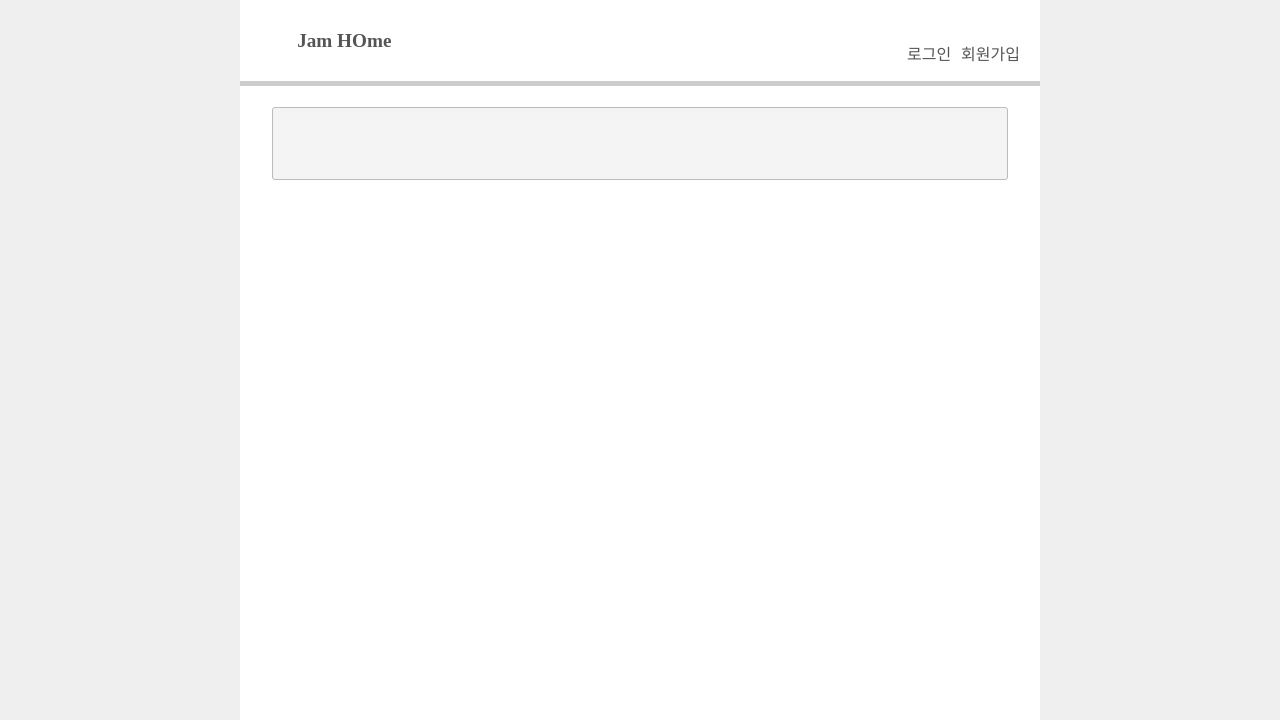
Repository: woals5636/JSPClass
Page: http://localhost/jspPro/days03/ex05.jsp
These files come from the project's save history. The page is drawn as it stood at one moment and after the next save; the edit follows.
The browser window is 1280 px wide. The pictures show the whole page.
Some web fonts or font styles are not loaded; a fallback is used. The page is served by Tomcat 9. Other server files are loaded and not shown.

Above is the page before, as saved 2024-10-17 05:40:37.

### jspPro/src/main/webapp/days03/ex05.jsp
<%@ page contentType="text/html; charset=UTF-8" pageEncoding="UTF-8"%>
<!DOCTYPE html>
<html>
<head>
<meta charset="UTF-8">
<title>Insert title here</title>
<link rel="shortcut icon" type="image/x-icon" href="http://localhost/jspPro/images/SiSt.ico">
<script src="https://ajax.googleapis.com/ajax/libs/jquery/3.7.1/jquery.min.js"></script>
<meta name="viewport" content="width=device-width, initial-scale=1.0">
<meta name="google" content="notranslate">
<link rel="stylesheet" href="http://localhost/jspPro/resources/cdn-main/example.css">
<script src="http://localhost/jspPro/resources/cdn-main/example.js"></script>
<style>
 span.material-symbols-outlined{
    vertical-align: text-bottom;
 }
</style>
</head>
<body>
<header>
  <h1 class="main"><a href="#" style="position: absolute;top:30px;">Jam HOme</a></h1>
  <ul>
    <li><a href="#">로그인</a></li>
    <li><a href="#">회원가입</a></li>
  </ul>
</header>
<div>
  <xmp class="code">

  </xmp>
</div>
</body>
</html>

### jspPro/src/main/webapp/resources/cdn-main/example.css
@charset "UTF-8";

@import url('https://fonts.googleapis.com/css2?family=Material+Symbols+Outlined:opsz,wght,FILL,GRAD@20..48,100..700,0..1,-50..200');

@font-face {
    font-family: 'GmarketSansMedium';
    src: url('https://cdn.jsdelivr.net/gh/projectnoonnu/noonfonts_2001@1.1/GmarketSansMedium.woff') format('woff');
    font-weight: normal;
    font-style: normal;
}

:root {
	--text-color: #555;
	--sub-text-color: #777;
	--back-color: #EFEFEF;
	--header-color: #444;
	--primary-color: #DEDEDE;
	--secondary-color: #EFEFEF;
	--default-width: 800px;
	--narrow-width: 500px;
	--wide-width: 1200px;
	--text-font: 'GmarketSansMedium';
	--icon-font: 'Material Symbols Outlined';
	--border-color: #CCC;
}

html, body {
	margin: 0;
	padding: 0;
}

html {
	background-color: var(--back-color);
	display: flex;
	justify-content: center;
	min-height: 100vh;
}

body, body.default {
	width: var(--default-width);
	background-color: white;
	padding-bottom: 120px;
}

body.wide {
	width: var(--wide-width);
}

body.narrow {
	width: var(--narrow-width);
}



body, p, div, span, a, input, select, option, textarea, button, table, th, td, label, fieldset, legend {
	font-family: var(--text-font);
	color: var(--text-color);
}

h1, h2, h3 {
	font-family: var(--text-font);
	color: var(--header-color);
	padding: 0 1rem;
	padding-top: .5rem;
}

div > h1, div > h2, div > h3 {
	padding: 0;
}

body > div, body > main > div {
	padding: 0.3rem 1rem;
}


h1 { font-size: 2rem; border-bottom: 1px solid var(--border-color); }
h1 small { font-size: 1.2rem; color: var(--sub-text-color); }
h2 { font-size: 1.5rem; border-bottom: 1px dashed var(--border-color); }
h2 small { font-size: 1.1rem; color: --sub-text-color; }
h3 { font-size: 1.2rem; }
h3 small { font-size: 1rem; color: --sub-text-color; }



h1.main::before {
	font-family: var(--icon-font);
  	content: '\e666';
  	margin-right: 10px;
  	float: left;
	font-size: 2.5rem;
}

h1.sub::before {
	font-family: var(--icon-font);
  	content: '\ea19';
  	margin-right: 10px;
  	float: left;
	font-size: 2.5rem;
}


h1.page::before {
	font-family: var(--icon-font);
  	content: '\e0e0';
  	margin-right: 10px;
  	float: left;
	font-size: 2.5rem;
}

body > header > ul > li > .active{
	background-color: #FFF;
	color:#F00;
}

body > header {
	display: flex;
	justify-content: space-between;
	border-bottom: 5px solid var(--border-color);
	min-height: 74px;
	background-color: #FFF;
}

body > header.sticky {
	position: sticky;
	top: 0;
	z-index: 98;
}

body > header > h1 {
	font-size: 1.2rem;
	border: 0;
}

body > header.in > h1::before {
	font-family: var(--icon-font);
  	content: '\e332‥';
  	margin-right: 3px;
  	float: left;
	font-size: 2rem;
}


body > header > ul {
	list-style-type: none;
	display: flex;
	align-items: flex-end;
	margin-right: 10px;
}

body > header > ul > li {
	margin-right: 10px;
	cursor: pointer;
}

body > header > ul > li > a {
	cursor: pointer;
}


form {
	display: block;
}

form > div {
	padding: 0.3rem 1rem;
}

div > form > div {
	padding: 0.3rem 0;
}

input, textarea, button, select {
	border: 1px solid #BBB;
	border-radius: 3px;
	outline: none;
	resize: none;
	padding: 7px;
	margin: 0;
}

input[type=text]:read-only, textarea:read-only {
	cursor: not-allowed;
	background-color: #FFF;
}

input[type=text]:disabled, textarea:disabled {
	cursor: not-allowed;
	background-color: #EEE;
}

input[type=text], input[type=password], textarea, button, select {
	/* width: 300px; */
}

textarea {
	display: block;
	height: 100px;
}

input[type=button], input[type=submit], button {
	/* width: inherit; */
}

input.short, textarea.short, button.short, select.short {
	width: 100px;
}

input.long, textarea.long, button.long, select.long {
	width: 350px;
}

.narrow input.long, .narrow textarea.long, .narrow button.long, .narrow select.long {
	width: calc(100% - 20px);
}

input.full, textarea.full, button.full, select.full {
	width: calc(100% - 20px);
}

textarea.short {
	height: 50px;
}

textarea.long {
	height: 100px;
}

textarea.full {
	height: 200px;
}

input, textarea {
	padding-top: 8px;
}

input[type=button], input[type=submit], button {
	padding: 5px 10px;
	background-color: var(--secondary-color);
	cursor: pointer;
	min-height: 36px;
}

input[type=button].primary, input[type=submit].primary, button.primary {
	/* background-color: rgba(100, 149, 237, .2); */
	background-color: var(--primary-color);
}

input[type=button].primary:hover, input[type=submit].primary:hover, button.primary:hover {
	/* background-color: rgba(100, 149, 237, .3); */
	background-color: var(--secondary-color);
}

input[type=button]:hover, input[type=submit]:hover, button:hover {
	background-color: var(--primary-color);
}

button {
	position: relative;
	left: 0;
	top: 0;
	padding-left: 35px;
}

button .material-symbols-outlined {
	position: absolute;
	left: 10px;
	top: 4px;
}

/* k2nik add */
button.login::before {
	font-family: var(--icon-font);
  	content: '\ea77';
	position: absolute;
	left: 11px;
	top: 4px;
	font-size: 1.25rem;
}

/* k2nik logout */
button.logout::before {
	font-family: var(--icon-font);
  	content: '\e9ba';
	position: absolute;
	left: 11px;
	top: 4px;
	font-size: 1.25rem;
}

/* k2nik help */
button.help::before {
	font-family: var(--icon-font);
  	content: '\f1c0';
	position: absolute;
	left: 11px;
	top: 4px;
	font-size: 1.25rem;
}

button.add::before{
	font-family: var(--icon-font);
  	content: '\e746';
	position: absolute;
	left: 11px;
	top: 4px;
	font-size: 1.25rem;
}

button.back::before {
	font-family: var(--icon-font);
  	content: '\e166';
	position: absolute;
	left: 11px;
	top: 4px;
	font-size: 1.25rem;
}

button.list::before {
	font-family: var(--icon-font);
  	content: '\e0ee';
	position: absolute;
	left: 11px;
	top: 4px;
	font-size: 1.25rem;
}


button.del::before {
	font-family: var(--icon-font);
  	content: '\e872';
	position: absolute;
	left: 11px;
	top: 4px;
	font-size: 1.25rem;
}


button.edit::before {
	font-family: var(--icon-font);
  	content: '\e745';
	position: absolute;
	left: 11px;
	top: 4px;
	font-size: 1.25rem;
}


button.login::before {
	font-family: var(--icon-font);
  	content: '\ea77';
	position: absolute;
	left: 11px;
	top: 4px;
	font-size: 1.25rem;
}


button.logout::before {
	font-family: var(--icon-font);
  	content: '\e9ba';
	position: absolute;
	left: 11px;
	top: 4px;
	font-size: 1.25rem;
}


button.in::before {
	font-family: var(--icon-font);
  	content: '\f71a';
	position: absolute;
	left: 11px;
	top: 4px;
	font-size: 1.25rem;
}


button.out::before {
	font-family: var(--icon-font);
  	content: '\f70e';
	position: absolute;
	left: 11px;
	top: 4px;
	font-size: 1.25rem;
}


button.reply::before {
	font-family: var(--icon-font);
  	content: '\e15e';
	position: absolute;
	left: 11px;
	top: 4px;
	font-size: 1.25rem;
}


button.comment::before {
	font-family: var(--icon-font);
  	content: '\e0b9';
	position: absolute;
	left: 11px;
	top: 4px;
	font-size: 1.25rem;
}


button.modal::before {
	font-family: var(--icon-font);
  	content: '\e89e';
	position: absolute;
	left: 11px;
	top: 4px;
	font-size: 1.25rem;
}


button.ok::before {
	font-family: var(--icon-font);
  	content: '\e86c';
	position: absolute;
	left: 11px;
	top: 4px;
	font-size: 1.25rem;
}


button.cancel::before {
	font-family: var(--icon-font);
  	content: '\e5c9';
	position: absolute;
	left: 11px;
	top: 4px;
	font-size: 1.25rem;
}

button.search::before {
	font-family: var(--icon-font);
  	content: '\e8b6';
	position: absolute;
	left: 11px;
	top: 4px;
	font-size: 1.25rem;
}

button.home::before {
	font-family: var(--icon-font);
  	content: '\e88a';
	position: absolute;
	left: 11px;
	top: 4px;
	font-size: 1.25rem;
}


button.sidebar::before {
	font-family: var(--icon-font);
  	content: '\f7e4';
	position: absolute;
	left: 11px;
	top: 4px;
	font-size: 1.25rem;
}


button.sidebar-right::before {
	font-family: var(--icon-font);
  	content: '\f7e5';
	position: absolute;
	left: 11px;
	top: 4px;
	font-size: 1.25rem;
}




button::before {
	font-family: var(--icon-font);
  	content: '\e323';
	position: absolute;
	left: 11px;
	top: 4px;
	font-size: 1.25rem;
}


table {
	border-collapse: collapse;
	margin: 1rem;
	box-sizing: border-box;
	width: calc(100% - 32px);
}

table.content {
	width: auto;
}

div > table {
	margin: 0;
}

table th, table td {
	border: 1px solid var(--border-color);
	padding: 7px;
	font-weight: normal;
}

table th {
	background-color: var(--back-color);
}

table.vertical th {
	width: 150px;
}

table.vertical td {
	width: calc(100% - 182px);
	padding-left: 10px;
}

table.content td, table.content th {
	width: auto;
}

body.narrow table.vertical th {
	width: 100px;
}

body.narrow table.vertical td {
	width: calc(100% - 182px);
}


table + table {
	margin-top: 30px;
}


p {
	padding: 0 1rem;
}

a {
	text-decoration: none;
}

a:hover {
	color: rgba(255, 99, 71, .7);
}

hr {
	border: 0;
	border-top: 1px solid var(--border-color);
	margin: 2rem 0;
}

.message {
	border: 1px solid var(--border-color);
	background-color: #EFEFEF;
	margin: 1rem;
	width: auto;
	padding-top: 10px;
	padding-bottom: 10px;
	font-size: 14px;
}

.message[title]::before {
	content: attr(title);
	display: block;
	border-bottom: 1px solid var(--border-color);
	padding-bottom: 5px;
	margin-bottom: 10px;
	margin-top: 7px;
}

.message.short {
	max-width: 250px;
}

.message.long {
	max-width: 500px;
}

.badge {
	float: right;
	font-size: .8rem;
	margin-top: 2px;
	margin-right: 2px;
	text-shadow: 0 0 7px gray;
}

.badge.left {
	float: none;
	margin-left: 2px;
}

.badge.right {
	float: right;
}

.badge.red {
	border-radius: 50%;
	padding: 2px 5px;
	background-color: rgb(255, 99, 71, .3);
}

.badge.yellow {

	border-radius: 50%;
	padding: 2px 5px;
	background-color: rgb(255, 215, 0, .5);
}

.badge.blue {
	border-radius: 50%;
	padding: 2px 5px;
	background-color: rgb(100, 149, 237, .3);
}

label + label {
	margin-left: 7px;
}

label input[type=checkbox], label input[type=radio] {
	transform: translate(0, 1px);
}

.group {
	display: flex;
}

.modal-content .group {
	margin-bottom: .5rem;
}

.group label {
	border: 1px solid #BBB;
	border-radius: 3px;
	outline: none;
	resize: none;
	padding: 7px 14px;
	margin: 0;
	border-top-right-radius: 0;
	border-bottom-right-radius: 0;
	background-color: #EFEFEF;
	white-space: nowrap;
	font-size: 14px;
}

.group input[type=text] {
	margin-left: -1px;
	border-top-left-radius: 0;
	border-bottom-left-radius: 0;
}

.group select {
	margin-left: -1px;
	border-top-left-radius: 0;
	border-bottom-left-radius: 0;
}

.group input.full[type=text] {
	margin-left: -1px;
	border-top-left-radius: 0;
	border-bottom-left-radius: 0;
	width: 100%;
}

.group input[type=button]:first-child, .group button:first-child {
	border-top-left-radius: 3px;
	border-bottom-left-radius: 3px;
	margin-left: 0px;
}

.group input[type=button], .group button {
	border-radius: 0;
	margin-left: -1px;
}

.group input[type=button]:last-child, .group button:last-child {
	margin-left: -1px;
	border-top-right-radius: 3px;
	border-bottom-right-radius: 3px;
}

.seperate {
	display: flex;
	justify-content: space-between;
}

div.list {
	width: max-content;
	margin: 1rem;
	border: 1px solid #BBB;
	border-radius: 3px;
	padding: 0;
}

div.list.full {
	width: auto;
	display: block;
	margin: 1rem;
	border: 1px solid #BBB;
	border-radius: 3px;
	padding: 0;
}

div.list > div {
	padding: .5rem 1rem;
	margin: 0;
	border-bottom: 1px solid #BBB;
}

div.list > div:last-child {
	border-bottom: 0;
}

pre.code , xmp.code{
	font-family: consols;
	background-color: rgba(150, 150, 150, .1);
	border: 1px solid #BBB;
	border-radius: 3px;
	padding: .5rem 1rem;
	padding-bottom: .6rem;
	margin: 1rem;
}




*[data-modal-window] {
	position: fixed;
	background-color: rgba(0, 0, 0, .3);
	left: 0;
	top: 0;
	display: none;
	justify-content: center;
	align-items: flex-start;
	width: 100%;
	min-height: 100vh;
	z-index: 100;
	opacity: 0;
	transition: 500ms all;
}

*[data-modal-window] .modal-container {
	border-radius: 5px;
	padding: 1rem;
	padding-bottom: .5rem;
	margin-top: -500px;
	opacity: 0;
	width: 500px;
	background-color: #FFF;
	margin-right: 2rem;
	transition: 500ms all;
}

*[data-modal-size=content] .modal-container {
	width: auto;
}

*[data-modal-size=narrow] .modal-container {
	width: 300px;
}

*[data-modal-size=wide] .modal-container {
	width: 760px;
}


*[data-modal-window] .modal-header {
	border-bottom: 1px solid var(--border-color);
	padding: 2px 5px;
}

*[data-modal-window] .modal-content {
	padding: 1rem 5px;
}

*[data-modal-window] .modal-content div:last-child {
	margin-top: 1rem;
	text-align: right;
}



*[data-sidebar-window] {
	position: fixed;
	background-color: #FFF;
	left: 0;
	top: 0;
	display: block;
	width: 300px;
	border-right: 1px solid var(--border-color);
	box-sizing: border-box;
	box-shadow: 0 0 3px var(--back-color);
	min-height: 100vh;
	z-index: 99;
	transform: translate(-300px, 0);
	transition-duration: 500ms;
	transition-property: transform;
}

*[data-sidebar-direction=right] {
	left: auto;
	right: 0;
	transform: translate(300px, 0);
	border-left: 1px solid var(--border-color);
}

*[data-sidebar-size=wide] {
	width: 500px;
	transform: translate(-500px, 0);
}

*[data-sidebar-window] .sidebar-title {
	border-bottom: 1px solid var(--border-color);
	margin-top: 20px;
	margin-bottom: 20px;
	padding-bottom: 5px;
	display: flex;
	justify-content: space-between;
}

*[data-sidebar-window] .sidebar-title span:last-child {
	cursor: pointer;
}


/* K2Nik pagination */
.center {
  text-align: center;
}

.pagination {
  display: inline-block;
}

.pagination a {
  color: black;
  float: left;
  padding: 3px 6px;
  text-decoration: none;
  transition: background-color .3s;
  border: 1px solid #ddd;
  margin: 0 3px;
}

.pagination a.active {
  background-color: #4CAF50;
  color: white;
  border: 1px solid #4CAF50;
}

.pagination a:hover:not(.active) {background-color: #ddd;}

### jspPro/src/main/webapp/resources/cdn-main/example.js

window.onload = () => {

    const list = document.querySelectorAll('input, textarea');

    list.forEach(item => {
        item.setAttribute('autocomplete', 'off');
    });


    const modal_btn_list = document.querySelectorAll('*[data-modal-button]');

    modal_btn_list.forEach(item => {
        item.onclick = function() {

            const name = this.dataset['modalButton'];
            const modal_window = document.querySelector('*[data-modal-window=' + name);

            const container = document.createElement('div');
            container.className = 'modal-container';



            const modal_header = document.createElement('div');
            modal_header.textContent = modal_window.dataset['modalTitle'];
            modal_header.className = 'modal-header';
            container.appendChild(modal_header);

            const modal_content = document.createElement('div');
            modal_content.className = 'modal-content';
            container.appendChild(modal_content);

            Array.from(modal_window.childNodes).forEach(item => {
                modal_content.appendChild(item);
            });

            modal_window.appendChild(container);

            modal_window.style.display = 'flex';

            setTimeout(() => {
                modal_window.style.opacity = 1;
                container.style.marginTop = '20px';
                container.style.opacity = 1;
            }, 50);


            const modal_ok = document.querySelector('*[data-modal-ok=' + name);
            modal_ok.addEventListener('click', function() {
                modal_window.style.opacity = 0;
                container.style.marginTop = '-500px';
                container.style.opacity = 0;

                setTimeout(() => {
                    modal_window.innerHTML = modal_content.innerHTML;
                    modal_window.style.display = 'none';
                }, 500);

            });

            const modal_cancel = document.querySelector('*[data-modal-cancel=' + name);
            modal_cancel.addEventListener('click', function() {

                modal_window.style.opacity = 0;
                container.style.marginTop = '-500px';
                container.style.opacity = 0;

                setTimeout(() => {
                    modal_window.innerHTML = modal_content.innerHTML;
                    modal_window.style.display = 'none';
                }, 500);
            });


        };
    });


    const sidebar_btn_list = document.querySelectorAll('*[data-sidebar-button]');

    sidebar_btn_list.forEach(item => {
        item.onclick = function() {



            const name = this.dataset['sidebarButton'];
            const sidebar_window = document.querySelector('*[data-sidebar-window=' + name);

            if (sidebar_window.style.transform == 'translate(0px, 0px)') return;



            sidebar_window.style.transform = 'translate(0, 0)';

            const sidebar_title = document.createElement('div');
            sidebar_title.className = 'sidebar-title';
            sidebar_title.innerHTML = '<span>' + sidebar_window.dataset['sidebarTitle'] + '</span><span class="material-symbols-outlined">close</span>';

            sidebar_title.children[1].onclick = function() {

                let sign = 1;
                let distance = 300;

                if (sidebar_window.dataset['sidebarDirection'] != 'right') {
                    sign = -1;
                } else {
                    sign = 1;
                }

                if (sidebar_window.dataset['sidebarSize'] != 'wide') {
                    distance = 300;
                } else {
                    distance = 500;
                }

                distance *= sign;

                sidebar_window.style.transform = 'translate(' + distance + 'px, 0)';

                setTimeout(function() {
                    sidebar_window.removeChild(sidebar_window.children[0]);
                }, 500);
            };


            sidebar_window.prepend(sidebar_title);

        }
    });

};

// window.onkeydown = function(event) {

//     if (event.keyCode == 27) {
//         if (document.querySelector('[data-modal-window').style.display == 'flex') {
//             document.querySelector('[data-modal-window').style.display = 'none';
//         }
//     }

// };

After the next save:
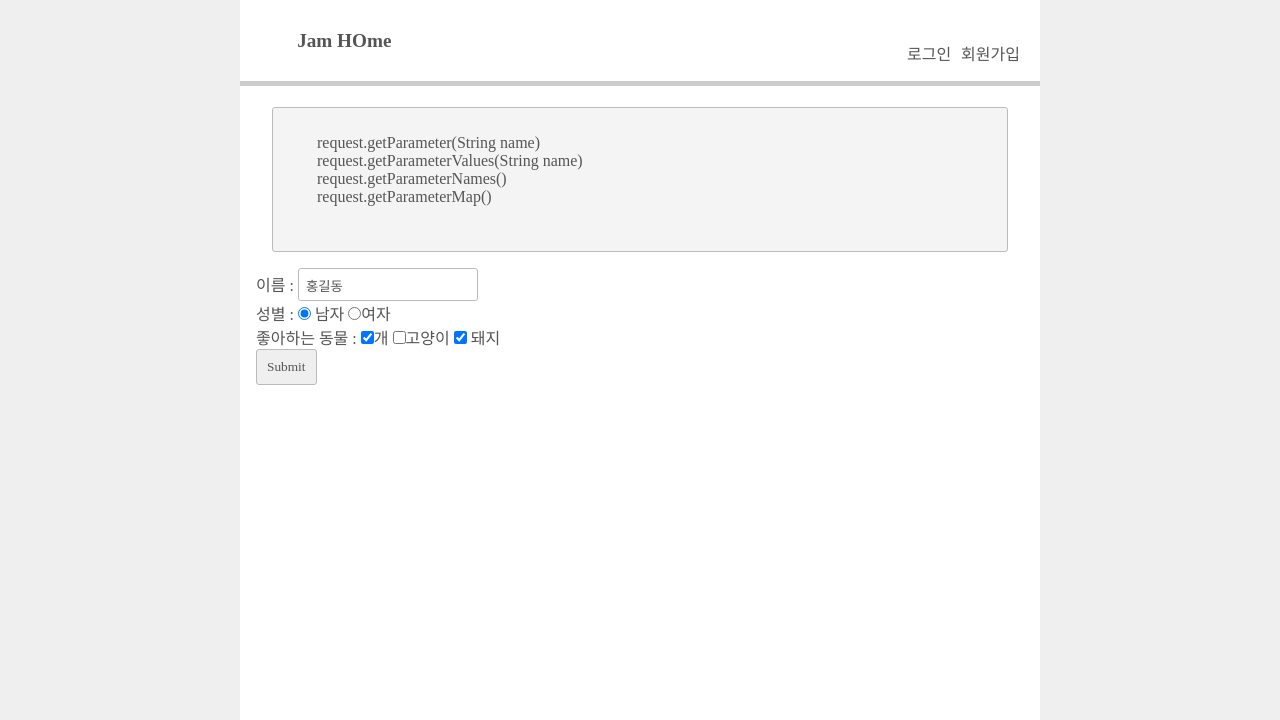
Saved 30 s later.
--- a/jspPro/src/main/webapp/days03/ex05.jsp
+++ b/jspPro/src/main/webapp/days03/ex05.jsp
@@ -26,8 +26,27 @@
 </header>
 <div>
   <xmp class="code">
+       request.getParameter(String name)
+       request.getParameterValues(String name)
+       request.getParameterNames()
+       request.getParameterMap()
 
   </xmp>
+    <form action="ex05_ok.jsp" method="get">
+      이름 : <input type="text" name="name" value="홍길동" placeholder="이름을 입력하세요">
+      <br>
+      성별 :
+        <input type="radio" name="gender"  value="m" checked="checked"> 남자
+        <input type="radio" name="gender"  value="f">여자
+        <br>
+
+      좋아하는 동물 :
+         <input type="checkbox" name="pet" value="dog" checked="checked">개
+         <input type="checkbox" name="pet" value="cat">고양이
+         <input type="checkbox" name="pet" value="pig" checked> 돼지
+         <br>
+      <input type="submit">
+  </form>
 </div>
 </body>
 </html>
